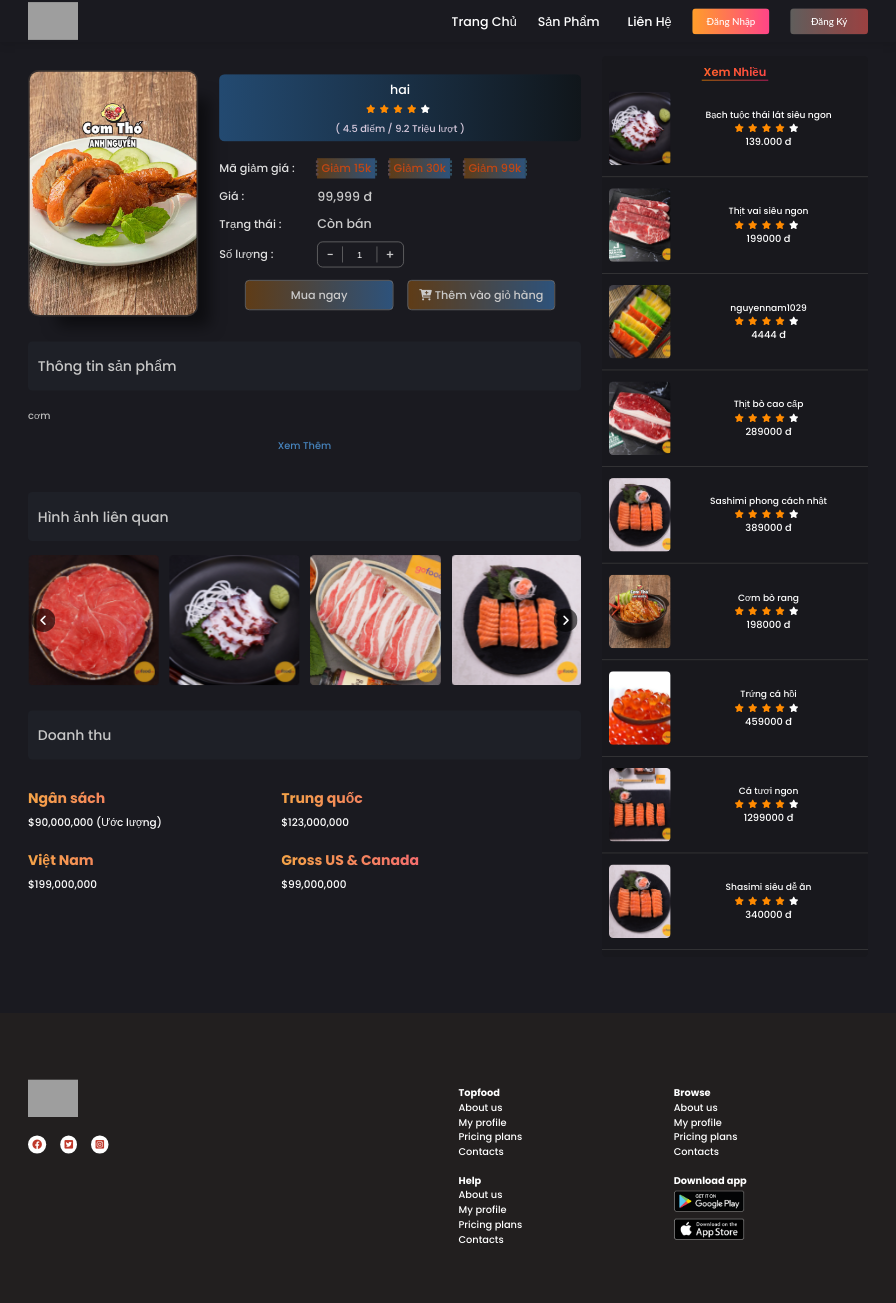
Repository: nguyennam1029/TopFoodNew
Page: http://localhost/product_detail.php?id=2
An editor plug-in stored every save of this project. The page is shown before and after the next save, followed by the edit.
The browser window is 1280 px wide. The pictures show the whole page, at 70% of full size.
Pictures or frames that could not be fetched are drawn as grey boxes. Some icons come from a web library that is not loaded, so they are not drawn. Some web fonts or font styles are not loaded; a fallback is used. Some web libraries are served in a nearby version. The page is run by PHP 8.4 with error messages shown; the project is at /var/www/html/. The database holds what the project's SQL file puts in it.

Above is the page before, as saved 2022-08-04 00:00:00.
Console error: TypeError: Cannot read properties of null (reading 'addEventListener')

After the next save:
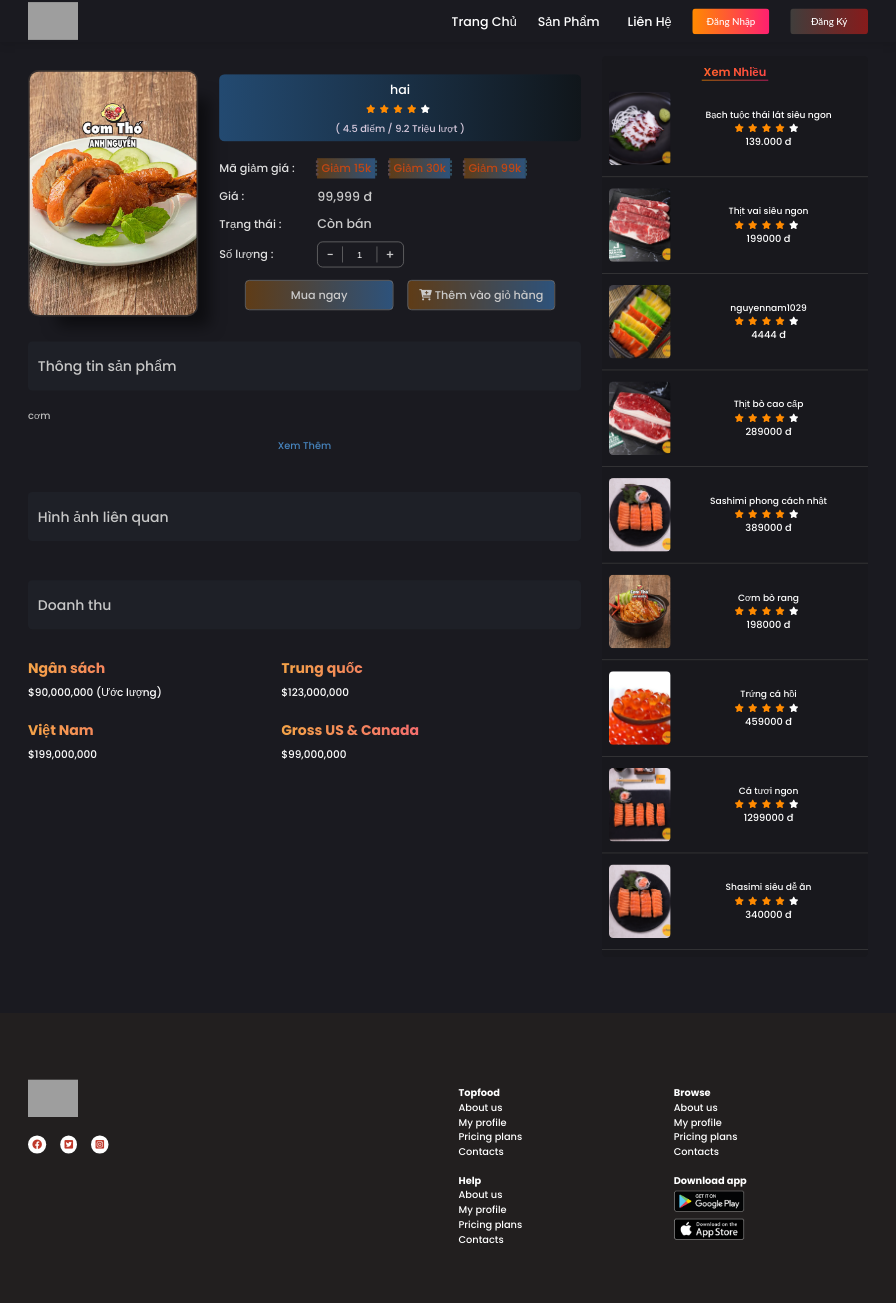
The error is gone.
Saved 33 s later.
--- a/product_detail.php
+++ b/product_detail.php
@@ -379,7 +379,7 @@ session_start();
     <script src="https://code.jquery.com/jquery-3.6.0.min.js" integrity="sha256-/xUj+3OJU5yExlq6GSYGSHk7tPXikynS7ogEvDej/m4=" crossorigin="anonymous"></script>
     <!-- OWL CAROUSEL -->
     <script src="https://cdnjs.cloudflare.com/ajax/libs/OwlCarousel2/2.3.4/owl.carousel.min.js" integrity="sha512-bPs7Ae6pVvhOSiIcyUClR7/q2OAsRiovw4vAkX+zJbw3ShAeeqezq50RIIcIURq7Oa20rW2n2q+fyXBNcU9lrw==" crossorigin="anonymous"></script>
-    <script src="./app.js"></script>
+    <script src="./detail/detail.js"></script>
 
     <script>
         // -- START-TOAST
